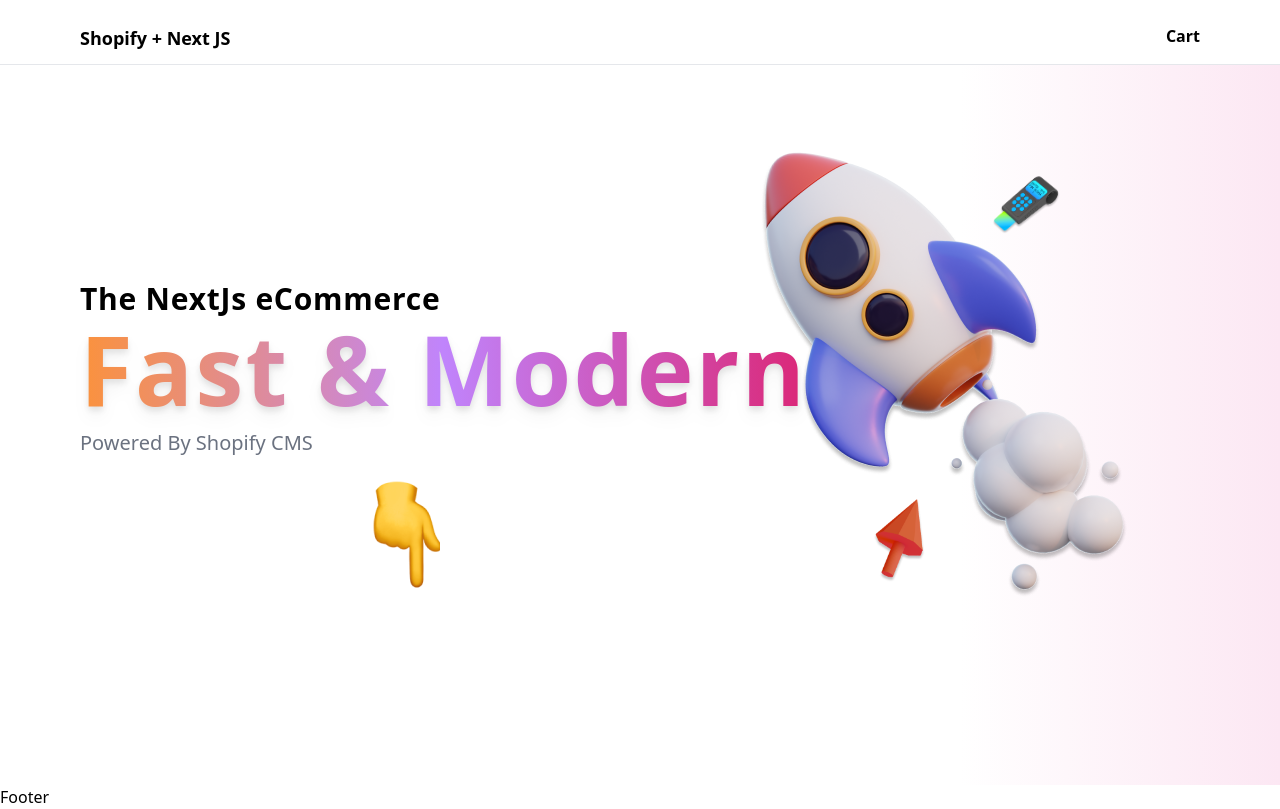
Repository: Krishna-bansall/store
Page: /
These files come from the project's save history. The page is drawn as it stood at one moment and after the next save; the edit follows.
The browser window is 1280 px wide. The pictures show the whole page.
The project was rebuilt for these pictures with package versions that can differ from the ones it lists, and the page was loaded fresh each time. The framework's server and built-in components were replaced by stand-ins that run in the browser. Also part of the build but not shown: next.config.js, utils/helpers.js, components/ProductCard.js, components/ProductList.js.

Above is the page before, as saved 2022-04-10 18:07:57.

After the next save:
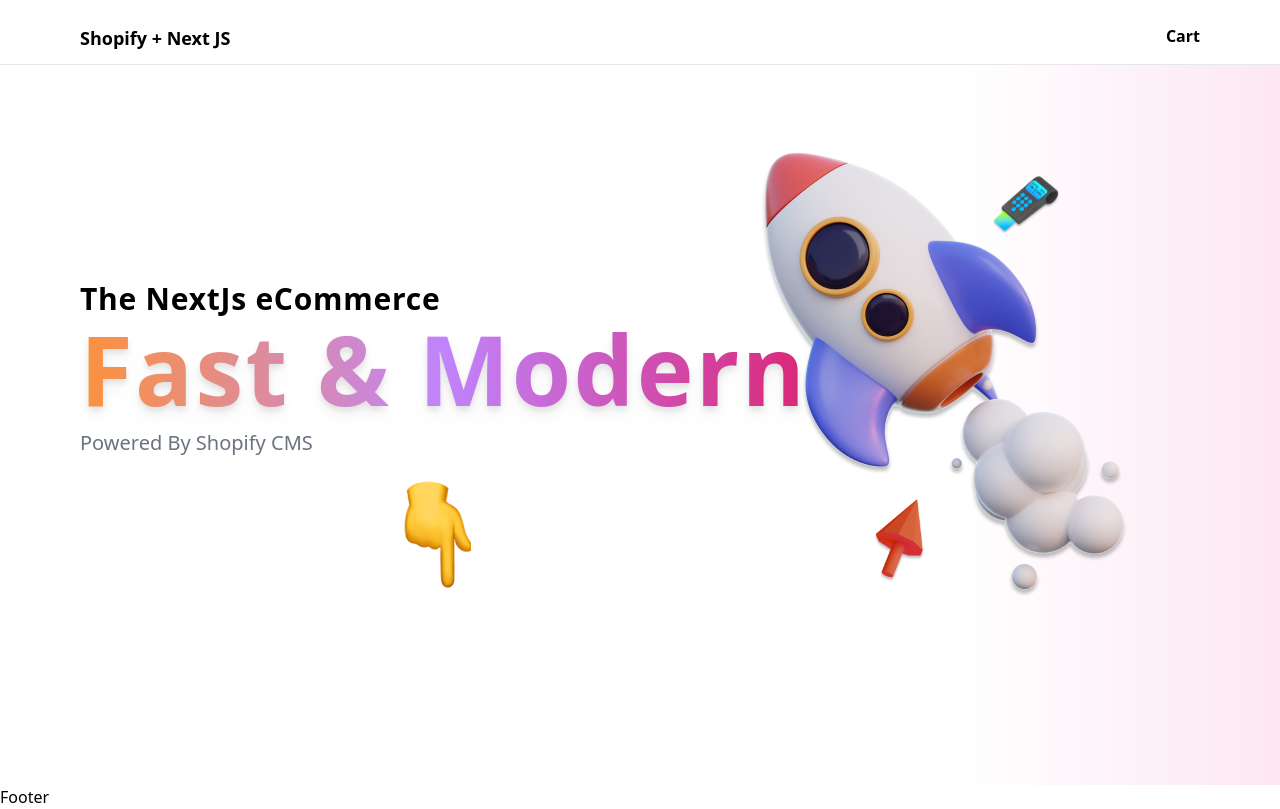
Saved 10 s later.
--- a/components/HeroSection.js
+++ b/components/HeroSection.js
@@ -57,7 +57,7 @@
           </div>
         </div>
         <div className="col-start-2 row-start-3 flex justify-center md:col-start-1">
-          <div className="w-1/4">
+          <div className="w-1/6">
             <Image src={down} alt="down" />
           </div>
         </div>
